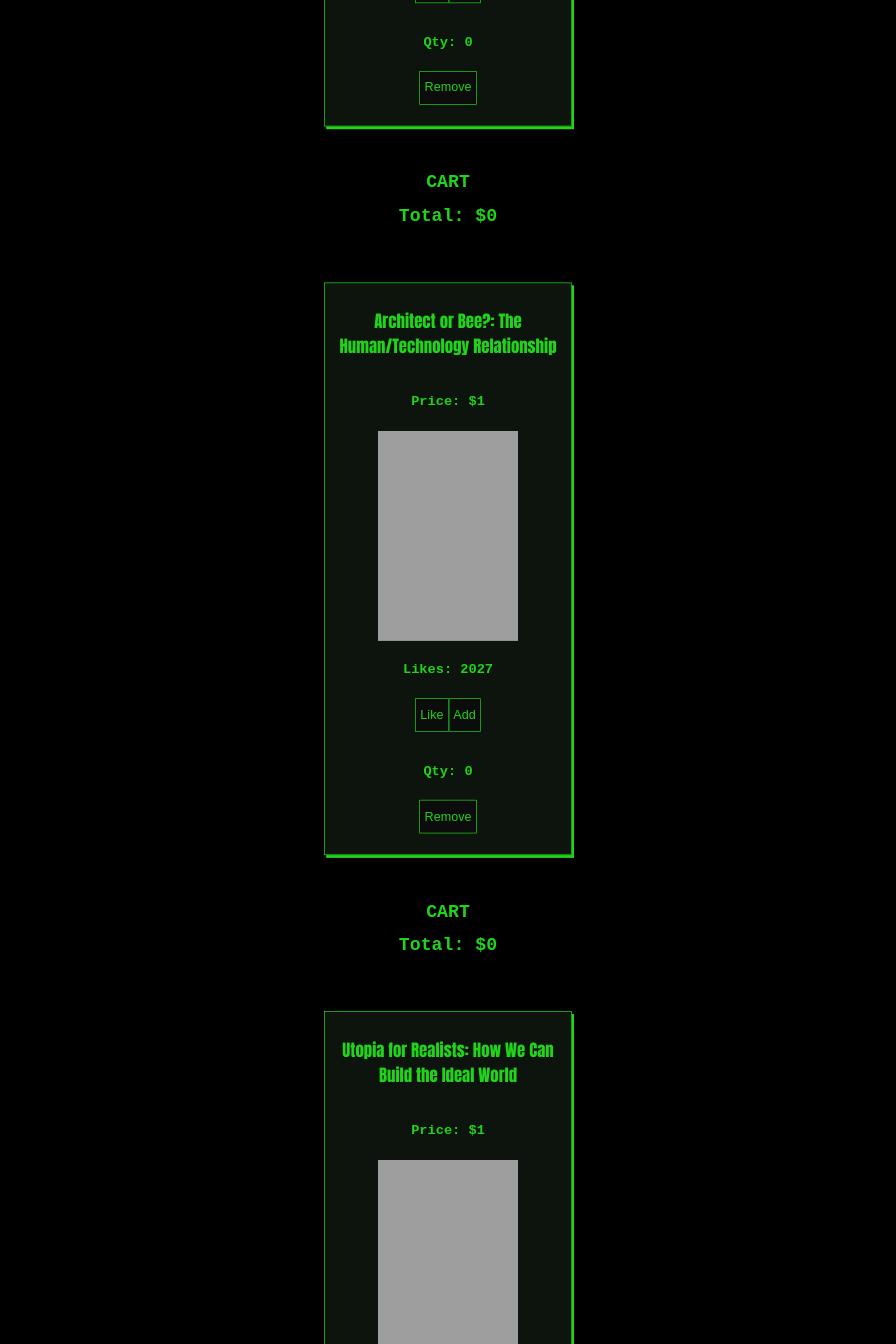
Repository: rvelarden/React-Hooks-UtopianTech-Bookstore
Page: / (app in utopiantech/)
The author's editor kept a copy of each file at every save. The page is drawn from the files as they stood at one save, then again after a run of saves.
The browser window is 1280 px wide. The pictures show the part of the page from y = 1012 to 2932 px (the page is 8656 px tall before and 7758 px after), at 70% of full size.
Pictures or frames that could not be fetched are drawn as grey boxes. The project was rebuilt for these pictures with package versions that can differ from the ones it lists, and the page was loaded fresh each time. A package was used in the major version that the imports need, not the one package.json lists. Also part of the build but not shown: utopiantech/src/components/Shop.js, utopiantech/src/components/Spanish.js.

Above is the page before, as saved 2021-11-24 14:53:42.

After the next 2 saves:
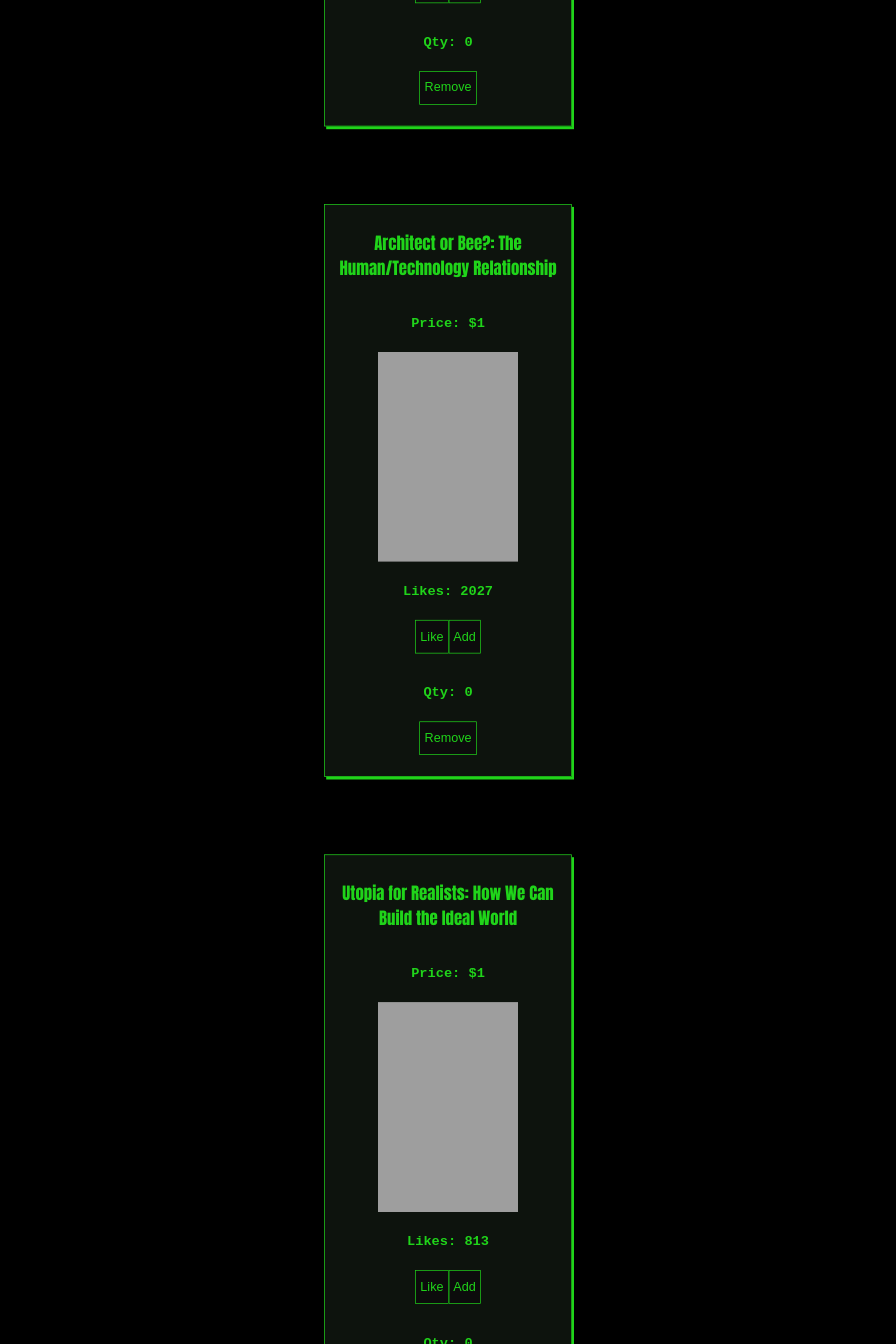
The 2 saves are shown as one change because they came seconds apart.
The last was saved 5 s later.
--- a/utopiantech/src/components/Book.js
+++ b/utopiantech/src/components/Book.js
@@ -125,8 +125,8 @@ const Book = (props) => {
             <h2>Qty: {amountOfItems(props.book.id)}</h2>
             <button type="submit" onClick={() => removeFromCart(props.book)}> Remove </button>
             </div>
-            <h1 className="center-text font-text-text">CART</h1>
-            <h1 className="center-text font-text-text">Total: ${cartTotal}</h1>
+            {/* <h1 className="center-text font-text-text">CART</h1>  */}
+            {/* <h1 className="center-text font-text-text">Total: ${cartTotal}</h1> */}
             <div>
             <br></br>
             {/* <button className="center-button" onClick={() => setCart([])}>Clear</button> */}
